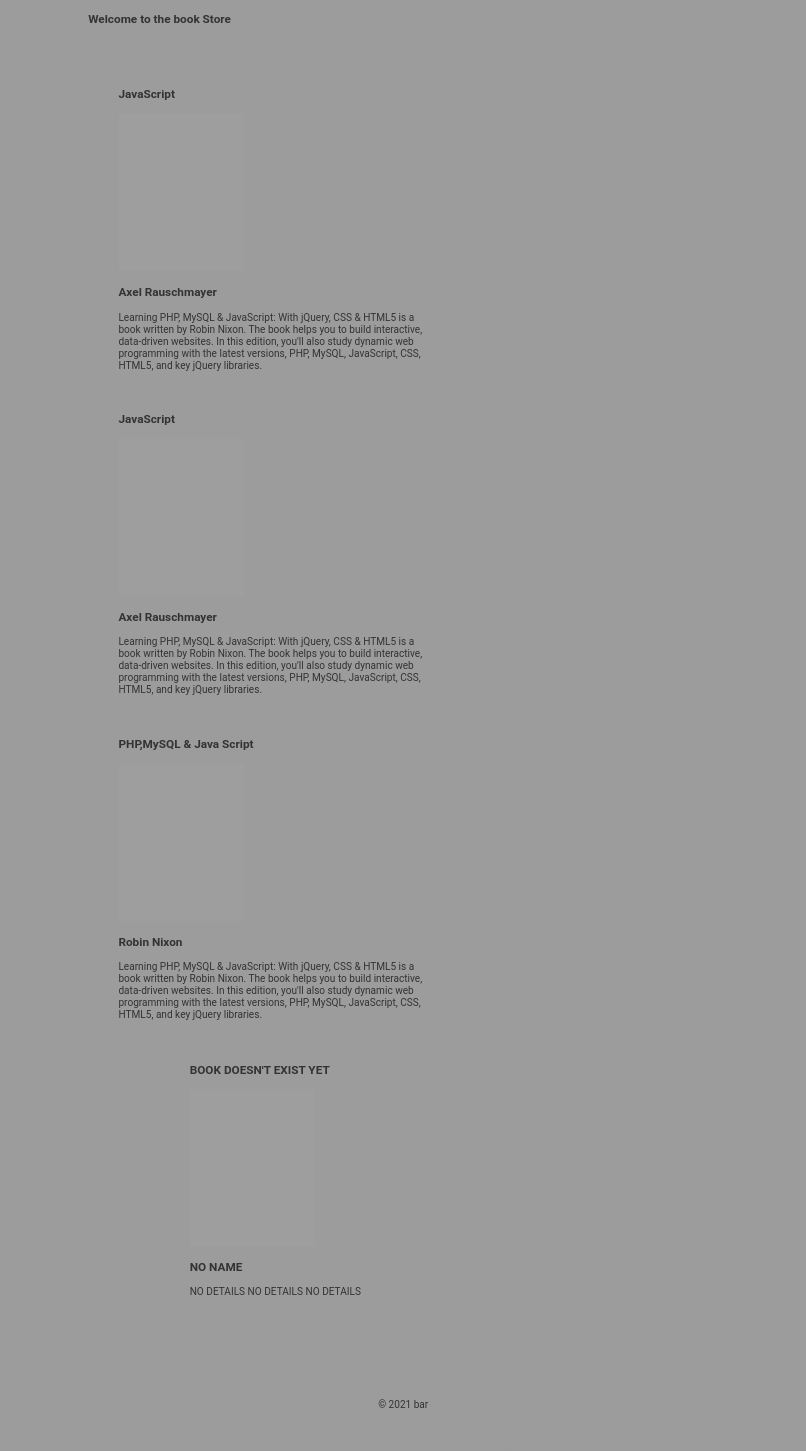
Repository: Axe33ile/React_JS
Page: / (app in book/)
An editor plug-in stored every save of this project. The page is shown before and after the next save, followed by the edit.
The browser window is 1280 px wide. The pictures show the whole page, at 63% of full size.
Pictures or frames that could not be fetched are drawn as grey boxes. The project was rebuilt for these pictures with package versions that can differ from the ones it lists, and the page was loaded fresh each time.

Above is the page before, as saved 2021-04-24 00:29:42.

After the next save:
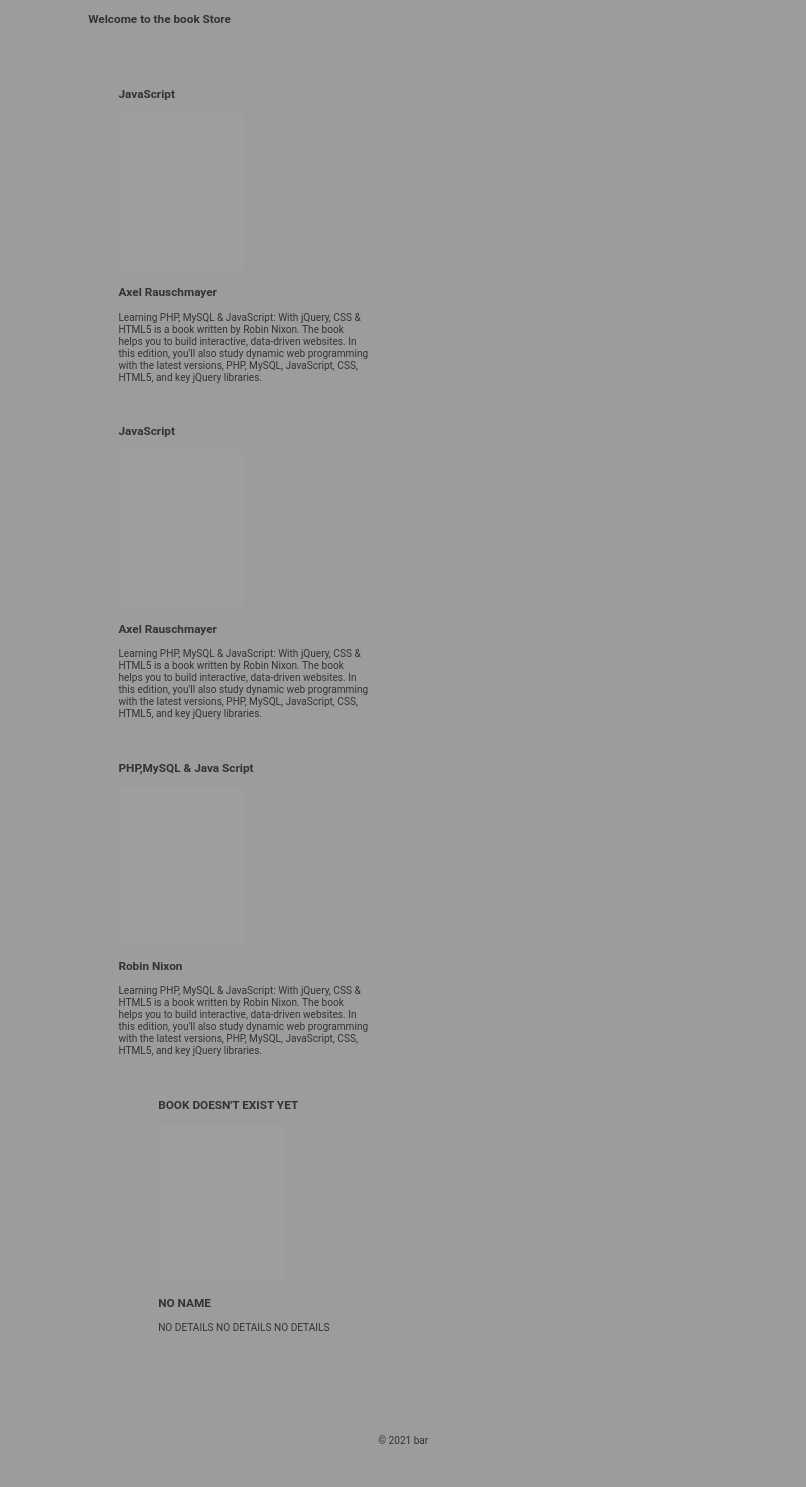
Saved 5 s later.
--- a/book/src/index.css
+++ b/book/src/index.css
@@ -52,7 +52,7 @@ footer {
   justify-content: center;
   padding: 2rem 0;
   margin:2rem;
-  width:530px;
+  width:430px;
 }
 
 .book {
